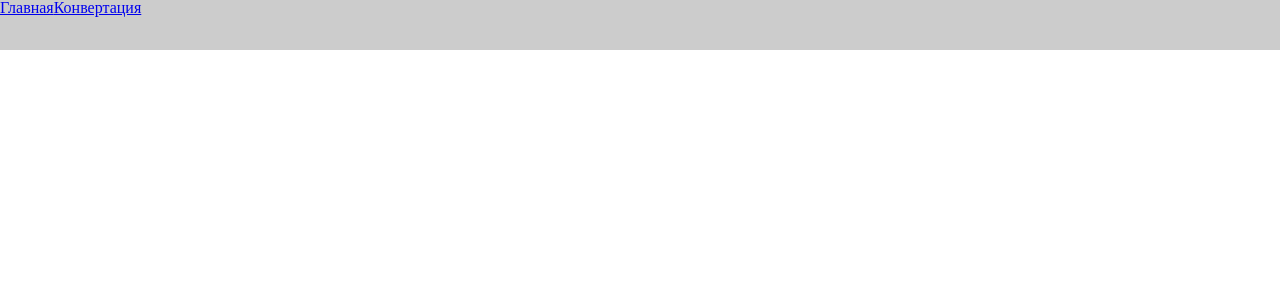
Repository: Friend689/vite-vue-currency-conversion
Page: /convert
These files come from the project's save history. The page is drawn as it stood at one moment and after the next save; the edit follows.
The browser window is 1280 px wide. The pictures show the whole page.
The project was rebuilt for these pictures with package versions that can differ from the ones it lists, and the page was loaded fresh each time. Also part of the build but not shown: vite.config.js, src/views/Main.vue.

Above is the page before, as saved 2024-09-03 18:48:47.

After the next save:
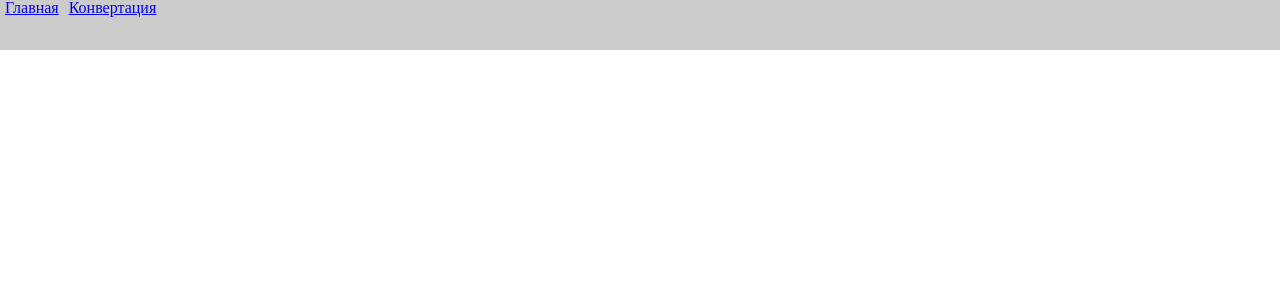
Saved 46 s later.
--- a/src/components/ui/Header.vue
+++ b/src/components/ui/Header.vue
@@ -12,4 +12,7 @@ header {
   height: 50px;
   background-color: #ccc;
 }
+header a {
+  margin: 0 5px;
+}
 </style>
